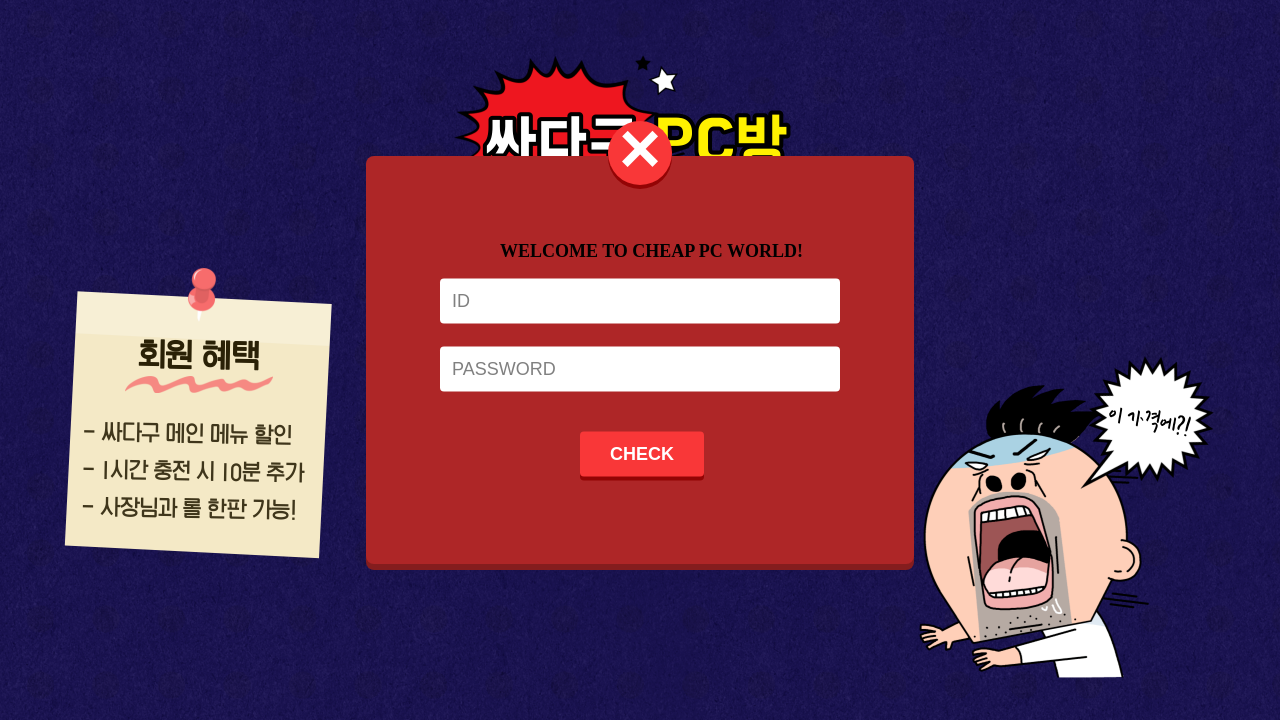
Repository: lkwoung/webProject-assignment
Page: http://localhost/CheapPC/
The author's editor kept a copy of each file at every save. The page is drawn from the files as they stood at one save, then again after the next save.
The browser window is 1280 px wide. The pictures show the whole page.
After loading, the first visible `button.button-signup` was clicked once.
Some web fonts or font styles are not loaded; a fallback is used. Some web libraries are served in a nearby version. The page is served by Tomcat 9.

Above is the page before, as saved 2020-12-11 14:24:28.

After the next save:
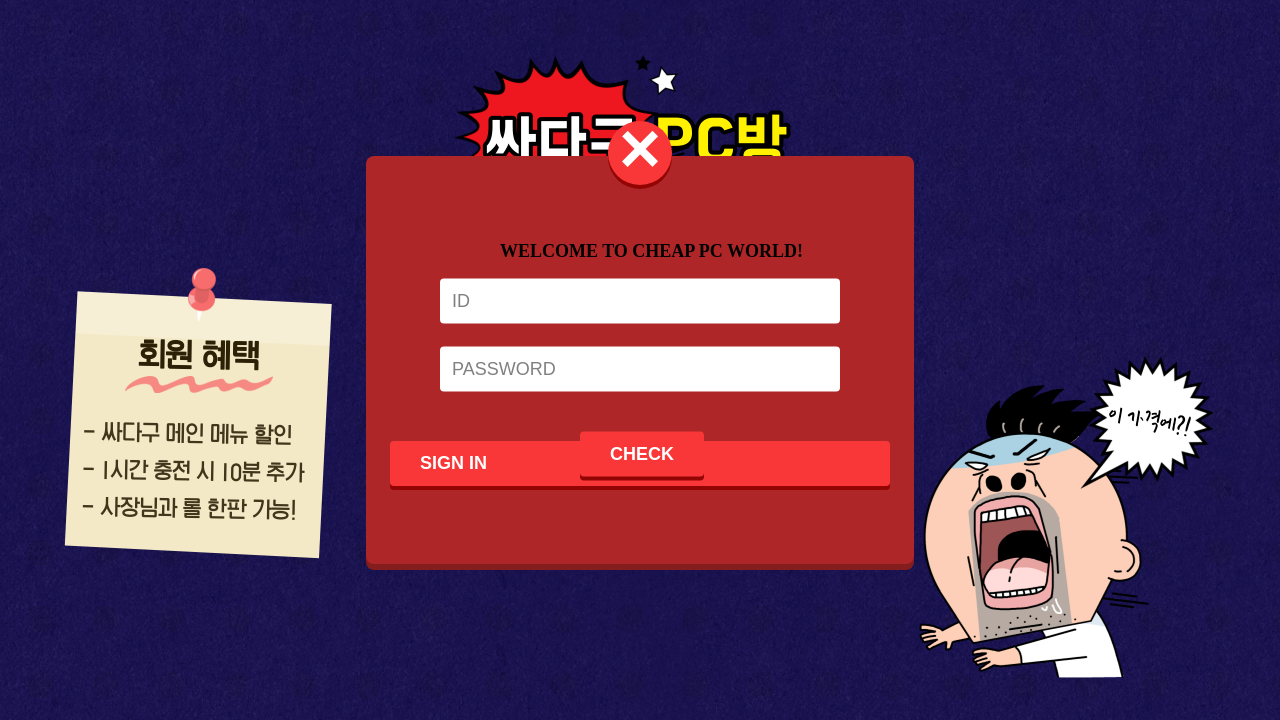
Saved 13 min 53 s later.
--- a/CheapPC/WebContent/js/script.js
+++ b/CheapPC/WebContent/js/script.js
@@ -1,8 +1,11 @@
+var flag = true;
 $('button').on('click', function() {
-  $('.block-signup')
-    .toggleClass('is-active');
-  $('new').css('visibility','hidden');
+  $('.block-signup').toggleClass('is-active');
+  if(flag == true){
+     $('.button-secondary').hide();
+     flag = false;
+  }else{
+    $('.button-secondary').show();
+    flag = true;
+  }
 });
-$('button-signup').on('click',function(){
-    $('new').css('visibility','show');
-});
